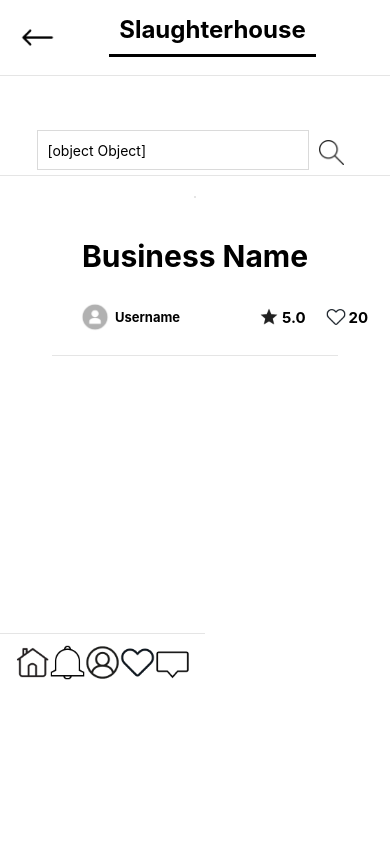
Repository: Evelyn-ZYW/FarmilyFrontEnd
Screen: / (app in react_native_app/MyApp/)
The author's editor kept a copy of each file at every save. The screen is drawn from the files as they stood at one save, then again after the next save.
Pictures or frames that could not be fetched are drawn as grey boxes. The app was drawn by React Native's web renderer in a window 390 px wide. The project was rebuilt for these pictures with package versions that can differ from the ones it lists, and the page was loaded fresh each time. Also part of the build but not shown: react_native_app/MyApp/storybook/stories/CenterView/style.js, react_native_app/MyApp/comps/ForumPost/index.js, react_native_app/MyApp/pages/ForumBoard/index.js, react_native_app/MyApp/comps/MsgBox/index.js, react_native_app/MyApp/pages/MessageMain/index.js, react_native_app/MyApp/comps/TradePost/index.js, react_native_app/MyApp/pages/MpBoard/index.js, react_native_app/MyApp/comps/ShListing/index.js and 43 more.

Above is the screen before, as saved 2020-11-15 18:48:22.

### react_native_app/MyApp/App.js
/**
 * Sample React Native App
 * https://github.com/facebook/react-native
 *
 * @format
 * @flow strict-local
 */

import React from 'react';
import { View, StyleSheet, ScrollView } from 'react-native';
import { NativeRouter, Route, Link } from "react-router-native";
import {NavigationContainer} from '@react-navigation/native';
import MapView from 'react-native-maps';

import ForumBoard from './pages/ForumBoard';
import MessageMain from './pages/MessageMain';
import MpBoard from './pages/MpBoard';
import ShMain from './pages/ShMain';
import ShFilter from './pages/ShFilter';
import ShInfo from './pages/ShInfo';
import Main1 from './pages/Main1';
import Main2 from './pages/Main2';
import OneDiscussion from './pages/OneDiscussion';
import Home from './pages/Home';
import Login from './pages/Login';
import SignUp from './pages/SignUp';
import ForgetP from './pages/ForgetP';
import ResetP from './pages/ResetP';
import ShBusiness from './pages/ShBusiness';

// Rauqel's pages
import ComfirmInfo from './pages/ComfirmInfo';
import PopUp from './pages/Popup';
import Profile from './pages/Profile';
import Favorite from './pages/Favorite';
import Notification from './pages/Notification';
import MpDiscussion from './pages/MpDiscussion';
import PostDiscussion from './pages/PostDiscussion';
import AuthNavigator from './AuthNavigation/AuthNavigator';

{/* <View style={styles.container}>
    {/* <ForumBoard /> */}
    {/* <MessageMain /> */}
    {/* <MpBoard /> */}
    // <ShMain />
    // <ShFilter />
    {/* <PopUp /> */}
    {/* <Main1 /> */}
    {/* <Main2 /> */}
    {/* <Profile/> */}
    {/* <Favorite/> */}
    {/* <ComfirmInfo /> */}
    {/* <Notification/> */}
    {/* <OneDiscussion /> */}
        {/* <MpDiscussion /> */}
        {/*<PostDiscussion />*/}
    {/*<Home />*/}
    {/* <Login /> */}
    {/*<SignUp /> */}
    {/*<ForgetP />*/}
    {/* <ResetP /> */}




const App = () => {
  return (
  // <NavigationContainer>
  //   <AuthNavigator/>
  // </NavigationContainer>
  <ShInfo />
  );
};

const styles = StyleSheet.create({
  container: {
    flex: 1,
    //  marginTop:"10%",
    //  marginBottom:"5%",
    //  backgroundColor:"#DADADA",
    //  justifyContent:"center",
    //  alignItems:"center"
  }
})

export default App;
// export { default } from './storybook';

### react_native_app/MyApp/pages/ShInfo/index.js
import React from 'react';
import { View, StyleSheet, ScrollView, Image} from 'react-native';
import MapView from 'react-native-maps';


import Header from '../../comps/Header';
import UserTextInput from '../../comps/Inputs';
import MapCont from '../../comps/MapCont';
import ShBusinessComp from '../../comps/ShBusinessComp';
import Navigation from '../../comps/Navigation';

const styles = StyleSheet.create({
    container: {
        flex: 1,
        justifyContent: "center"
    },
    scroll: {
        maxHeight:"100%",
        width:"100%",
        marginTop: 80
    },
    icon: {
        resizeMode: "contain",
        maxWidth: 25,
        maxHeight: 25,
        margin: 10
    },
    midcont:{
        display: "flex",
        marginTop: 50,
        alignItems: 'center',
        justifyContent: "center"
    },
    continput:{
        width: 200,
        height: 200
    },
    userinput:{
        display: "flex",
        flexDirection: "row",
        justifyContent: "center",
        marginBottom:10,
        borderBottomColor:"#E5E5E5",
        borderBottomWidth:1.5,
        minWidth: "100%",
        minHeight: "10%",
    },
    Navi:{
        position:"absolute",
        top:698
    },
});

const ShInfo = () => {
    return (
        <View style={styles.container}>
            <View>
                <Header
                    text="Slaughterhouse"
                    iconRight={require('../../public/more.png')}
                    iconLeft={require('../../public/back.png')}
                    bottomColor="#00AC64"
                />
            </View>

            <ScrollView style={styles.scroll}>
                <View style={styles.midcont}>
                   <View style={styles.userinput}>
                        <UserTextInput
                        placeholder="Search"
                        />
                        <Image
                            source={require('../../public/search.png')}
                            style={styles.icon}
                        />
                    </View>

                    <MapCont style-={styles.continput} >
                        <MapView
                            initialRegion={{
                            latitude: 37.78825,
                            longitude: -122.4324,
                            latitudeDelta: 0.0922,
                            longitudeDelta: 0.0421,
                            }}
                    />
                    </MapCont>

                    <View>
                        <ShBusinessComp />
                    </View>
                </View>
            </ScrollView>

            <View style={styles.Navi}><Navigation /></View>
        </View>
    );
};

export default ShInfo;

### react_native_app/MyApp/comps/Header/index.js
import React from "react";
import { View, Text, StyleSheet, Image } from "react-native";

const styles = StyleSheet.create({
    headerBox:{
        position: "absolute",
        top: 0,
        borderBottomColor:"#E5E5E5",
        borderBottomWidth:1.5,
        minWidth: "100%",
        minHeight: "15%",
    },
    innerHeadBox:{
        // borderWidth: 1,
        alignItems:"center",
        flexDirection:"row",
        margin:5,
        justifyContent:"space-between",

    },
    innerText:{
        borderBottomWidth:3,
        padding:10,
        marginBottom:13,
        justifyContent:"center",

    },
    headIconL:{
        position:"relative",
        left:15,
        maxHeight:35,
        maxWidth:35,
        resizeMode:"contain"
    },
    headText:{
        fontWeight:"bold",
        fontSize:24,
    },
    headIconR:{
        position:"relative",
        right:15,
        maxHeight:35,
        maxWidth:35,
        resizeMode:"contain"
    },
    logo:{
        resizeMode:"contain",
        maxWidth:300,
    }
});

const Header = ({iconLeft, text, iconRight, bottomColor, logo}) => {
  return (
    <View style={styles.headerBox}>
        <Image source={logo} style={styles.logo} />
        <View style={styles.innerHeadBox}>
            <Image source={iconLeft} style={styles.headIconL}/>
            <View style={styles.innerText} borderBottomColor={bottomColor}>
                <Text style={styles.headText}>{text}</Text>
            </View>
            <Image source={iconRight} style={styles.headIconR}/>
        </View>
    </View>
  );
};

Header.defaultProps = {
    iconLeft:null,
    text: null,
    iconRight:null,
    bottomColor: null,
    logo: null
};

export default Header;

### react_native_app/MyApp/comps/Navigation/index.js
import React from "react";
import { View, Text, StyleSheet, Image } from "react-native";




const styles = StyleSheet.create({
  naviBox: {
    position: "absolute",
    bottom: 10,
    justifyContent: "space-around",
    alignItems: "center",
    flexDirection: "row",
    borderTopWidth: 1.5,
    borderTopColor: "#E5E5E5",
    minWidth: "100%",
    backgroundColor:"white",
    paddingLeft:15,
    paddingRight:15
    // zIndex: 2,

  },
  icons: {
    width: 35,
    marginTop: "2%",
    resizeMode: "contain",

  }
});

const Navigation = ({ }) => {
  return (
    <View style={styles.naviBox}>
      <Image source={require('../../public/home.png')} style={styles.icons} />
      <Image source={require('../../public/notification.png')} style={styles.icons} />
      <Image source={require('../../public/profile.png')} style={styles.icons} />
      <Image source={require('../../public/heart.png')} style={styles.icons} />
      <Image source={require('../../public/chat.png')} style={styles.icons} />
    </View>
  );
};

Navigation.defaultProps = {

};

export default Navigation;

### react_native_app/MyApp/comps/Inputs/index.js
import React, { Component } from "react";
import { TextInput, StyleSheet } from "react-native";

const UserTextInput = ({text, placeholder}) => {
  const [value, onChangeText] = React.useState({text});

  return (

    <TextInput
      style={{
        height: 40,
        width: 272,
        borderColor: "#DADADA",
        borderWidth: 1,
        padding:10
      }}
      onChangeText={(text) => onChangeText(text)}

      value={value}
      placeholder={placeholder}
      placeholderTextColor="#000000"
    />
  );
};
const styles = StyleSheet.create({
  container: {
    backgroundColor:"#797",
    flex:1,
  }
});
UserTextInput.defaultProps = {
  text: "yes",
  placeholder:"placeholder"
};
export default UserTextInput;

### react_native_app/MyApp/comps/MapCont/index.js
import React, { Component } from "react";
import {View, StyleSheet } from "react-native";

const MapCont = ({width, height}) => {

  return (
    <View style={styles.mapCont}
    width={width}
    height={height}
    >
    </View>

  );
};
const styles = StyleSheet.create({
  mapCont: {
    flex:1,
    borderColor:"#E5E5E5",
    borderWidth:1.5,
    margin: 10
  }
});

MapCont.defaultProps = {
    width: 360,
    height: 360
};
export default MapCont;

### react_native_app/MyApp/comps/ShBusinessComp/index.js
import React from "react";
import { View, Text, StyleSheet, Image } from "react-native";
import ShHeart from "../ShHeart";
import ShReview from "../ShReview";
import ShUser from "../ShUser";

const styles = StyleSheet.create({
    ShBuisnessCont:{
      paddingTop:30,
      paddingLeft:20,
      paddingRight:30,
      paddingBottom:15,
      borderBottomColor:"#E5E5E5",
      borderBottomWidth: 1.5,
      backgroundColor:"#FFFFFF",
    },
    ShBusinName:{
      fontSize: 30,
      fontWeight:"bold",
      marginLeft:10,
      marginBottom:20
    },
    ShBusinBox:{
      display:"flex",
      flexDirection:"row",
    },
    ShBusinBoxStar:{
      display:"flex",
      flexDirection:"row",
      position: "relative",
      left: "30%"
    },
    ShBusinBoxHeart:{
      display:"flex",
      flexDirection:"row",
      position: "relative",
      left: "30%"
    }

});

const ShBusinessComp = ({NameText}) => {
  return (
    <View style={styles.ShBuisnessCont}>
        <Text style={styles.ShBusinName}>{NameText}</Text>
        <View style={styles.ShBusinBox}>
          <ShUser/>
          <View style={styles.ShBusinBoxStar}><ShReview /></View>
          <View style={styles.ShBusinBoxHeart}><ShHeart /></View>
        </View>
    </View>
  );
};

ShBusinessComp.defaultProps = {
  NameText:"Business Name"
};

export default ShBusinessComp;

### react_native_app/MyApp/comps/ShHeart/index.js
import React from "react";
import { View, Text, StyleSheet, Image } from "react-native";

const styles = StyleSheet.create({
    ShReviewCont:{
        display:"flex",
        flexDirection:"row",
        alignItems:"center",
        marginLeft:20
    },
    Shheart:{
        width:20,
        height:20
    },
    ShFavoriteNumber:{
        fontSize:15,
        fontWeight:"bold",
        marginLeft:3
    }
});

const ShHeart = ({ShFavNum}) => {
  return (
    <View style={styles.ShReviewCont}>
        <Image source={require('./heart.png')} style={styles.Shheart}/>
        <Text style={styles.ShFavoriteNumber}>{ShFavNum}</Text>
    </View>
  );
};

ShHeart.defaultProps = {
    ShFavNum:"20"
};

export default ShHeart;

### react_native_app/MyApp/comps/ShReview/index.js
import React from "react";
import { View, Text, StyleSheet, Image } from "react-native";

const styles = StyleSheet.create({
    ShReviewCont:{
        display:"flex",
        flexDirection:"row",
        alignItems:"center",
    },
    ShStar:{
        width:20,
        height:20
    },
    ShReviewNumber:{
        fontSize:15,
        fontWeight:"bold",
        marginLeft:3
    }
});

const ShReview = ({ShreviewNum}) => {
  return (
    <View style={styles.ShReviewCont}>
        <Image source={require('./star.png')} style={styles.ShStar}/>
        <Text style={styles.ShReviewNumber}>{ShreviewNum}</Text>
    </View>
  );
};

ShReview.defaultProps = {
    ShreviewNum:"5.0"
};

export default ShReview;

### react_native_app/MyApp/comps/ShUser/index.js
import React from "react";
import { View, Text, StyleSheet, Image } from "react-native";

const styles = StyleSheet.create({
    ShUserCont:{
        display:"flex",
        flexDirection:"row",
        alignItems:"center",
        margin:8
    },
    userimg:{
        width:30,
        height:30
    },
    username:{
        fontSize:13,
        fontWeight:"bold",
        textAlign:"center",
        marginLeft:5
    }

});

const ShUser = ({userImg,userName}) => {
  return (
    <View style={styles.ShUserCont}>
        <Image //Will use Expo ImagePicker API here instead, just need guidance for this part...
                source={userImg} style={styles.userimg}/>
        <Text //needs to link with backend
        style={styles.username}>{userName}</Text>

    </View>
  );
};

ShUser.defaultProps = {
  NameText:"Default",
  userImg: require('./user.png'),
  userName:"Username"
};

export default ShUser;

After the next save:
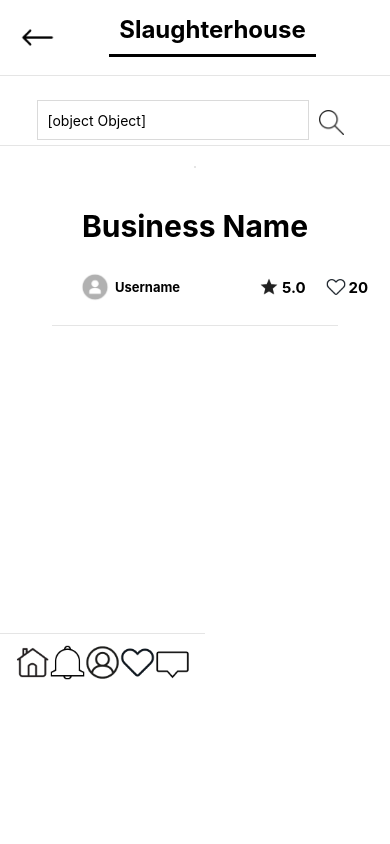
Saved 20 s later.
--- a/react_native_app/MyApp/pages/ShInfo/index.js
+++ b/react_native_app/MyApp/pages/ShInfo/index.js
@@ -17,7 +17,7 @@ const styles = StyleSheet.create({
     scroll: {
         maxHeight:"100%",
         width:"100%",
-        marginTop: 80
+        marginTop: 50
     },
     icon: {
         resizeMode: "contain",
